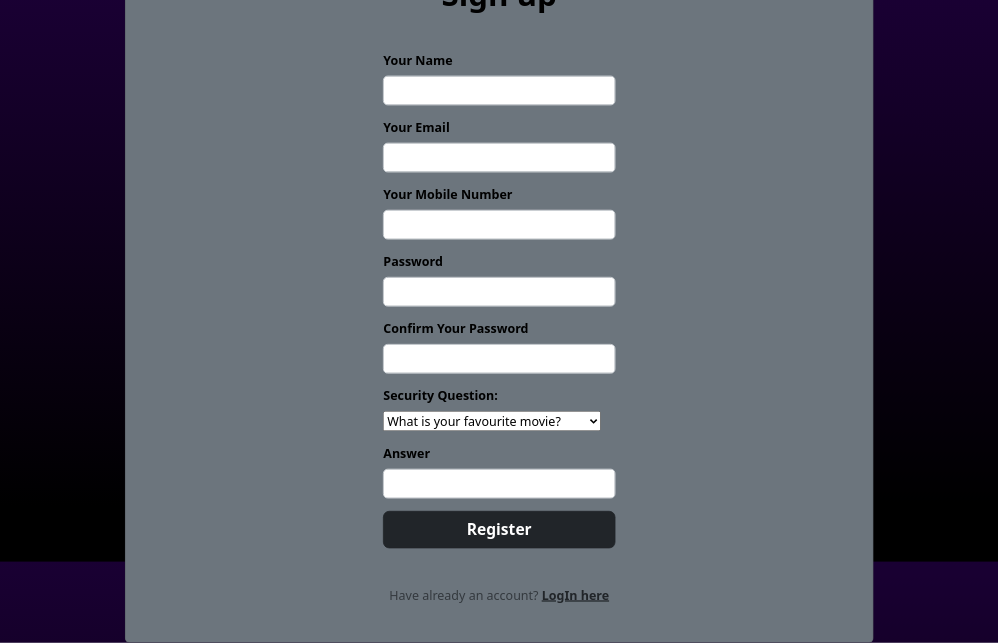
Repository: Ishanibmk/MOVIOT---An-OTT-Platform-using-Java-and-Springboot
Page: http://localhost/OTT/WEB-INF/view/signup.jsp
These files come from the project's save history. The page is drawn as it stood at one moment and after the next save; the edit follows.
The browser window is 1280 px wide. The pictures show the whole page, at 78% of full size.
Pictures or frames that could not be fetched are drawn as grey boxes. Some web libraries are served in a nearby version. The page is served by Tomcat 9. Nobody is signed in. Other server files are loaded and not shown. The template is opened directly, without the code that normally fills it, so the values that code supplies are empty.

Above is the page before, as saved 2024-03-02 14:32:15.

### Moviot/MOVIOT-main/ott/OTT/src/main/webapp/WEB-INF/view/signup.jsp
<%@ page language="java" contentType="text/html; charset=ISO-8859-1"
    pageEncoding="ISO-8859-1"%>
<!doctype html>
<html lang="en">
<head>
    <meta charset="utf-8">
    <meta name="viewport" content="width=device-width, initial-scale=1">
    <title>Registration Form For User</title>
    <link href="https://cdn.jsdelivr.net/npm/bootstrap@5.3.0-alpha1/dist/css/bootstrap.min.css" rel="stylesheet"
          integrity="sha384-GLhlTQ8iRABdZLl6O3oVMWSktQOp6b7In1Zl3/Jr59b6EGGoI1aFkw7cmDA6j6gD" crossorigin="anonymous">
    <style>
        body {
            background: linear-gradient(to bottom, hsl(270, 100%, 10%), black 90%); /* Gradient background */
            color: #ffffff; /* White text color */
            min-height: 100vh; /* Ensure the background covers the full viewport height */
            margin: 0; /* Remove default margin */
            padding: 0; /* Remove default padding */
        }
        .form-container {
            padding-top: 50px; /* Add padding to the top of the form */
            padding-bottom: 50px; /* Add padding to the bottom of the form */
        }
    </style>
</head>
<body>
<section class="vh-100 d-flex justify-content-center align-items-center">
    <div class="col-lg-12 col-xl-9" >
        <div class="card text-black bg-secondary">
            <div class="card-body p-md-5">
                <div class="row justify-content-center">
                    <div class="col-md-10 col-lg-6 col-xl-5 order-2 order-lg-1">
                        <p class="text-center h1 fw-bold mb-5 mx-1 mx-md-4 mt-4"><b>Sign up</b></p>
                        <form action="regprocess" method="post" class="mx-1 mx-md-4">
                            <div class="mb-3">
                                <label for="validationDefault01" class="form-label"><b>Your Name</b></label>
                                <input type="text" id="validationDefault01" name="uname" class="form-control" required/>
                            </div>
                            <div class="mb-3">
                                <label class="form-label" for="form3Example3c"><b>Your Email</b></label>
                                <input type="email" id="form3Example3c" name="uemail" class="form-control"/>
                            </div>
                            <div class="mb-3">
                                <label class="form-label" for="form3Example3c"><b>Your Mobile Number</b></label>
                                <input type="mobile" id="form3Example3c" name="uphno" class="form-control"/>
                            </div>
                            <div class="mb-3">
                                <label class="form-label" for="form3Example4c"><b>Password</b></label>
                                <input type="password" id="form3Example4c" name="upass" class="form-control"/>
                            </div>
                            <div class="mb-3">
                                <label class="form-label" for="form3Example4cd"><b>Confirm Your Password</b></label>
                                <input type="password" id="form3Example4cd" name="conpass" class="form-control"/>
                            </div>
                            <div class="mb-3">
                                <label class="form-label" for="form3Example4cd"><b>Security Question:</b></label>
                                <select name="SecurityQuestion" class="backup" required>
                                    <option value="What was the name of your childhood friend?">What is your favourite movie?</option>
                                    <option value="What was the name of your first car?">Which movie makes you cry?</option>
                                    <option value="What is your favourate food?">What movie makes you feel good?</option>
                                </select>
                            </div>
                            <div class="mb-3">
                                <label class="form-label" for="form3Example4cd"><b>Answer</b></label>
                                <input type="text" id="form3Example4cd" name="uans" class="form-control"/>
                            </div>
                            <div class="d-grid gap-2">
                                <button type="submit" class="btn btn-dark btn-lg"><b>Register</b></button>
                            </div>
                            <p class="text-center text-muted mt-5 mb-0">Have already an account? <a href='login.jsp'
                                                                                                    class="fw-bold text-body"><u>LogIn
                                    here</u></a></p>
                        </form>
                    </div>
                </div>
            </div>
        </div>
    </div>
</section>


<script src="https://cdn.jsdelivr.net/npm/bootstrap@5.3.0-alpha1/dist/js/bootstrap.bundle.min.js"
        integrity="sha384-w76AqPfDkMBDXo30jS1Sgez6pr3x5MlQ1ZAGC+nuZB+EYdgRZgiwxhTBTkF7CXvN"
        crossorigin="anonymous"></script>
</body>
</html>

### Moviot/MOVIOT-main/ott/OTT/src/main/webapp/WEB-INF/view/index_header.jsp
<!DOCTYPE html>
<html lang="en">
<head>
  <title>OTT PLATFORM</title>
  <meta charset="utf-8">
  <meta name="viewport" content="width=device-width, initial-scale=1">
  <link rel="stylesheet" href="https://maxcdn.bootstrapcdn.com/bootstrap/4.0.0-beta.2/css/bootstrap.min.css">
  <script src="https://ajax.googleapis.com/ajax/libs/jquery/3.2.1/jquery.min.js"></script>
  <script src="https://cdnjs.cloudflare.com/ajax/libs/popper.js/1.12.6/umd/popper.min.js"></script>
  <script src="https://maxcdn.bootstrapcdn.com/bootstrap/4.0.0-beta.2/js/bootstrap.min.js"></script>
  <!-- Add Font Awesome CDN -->
  <link rel="stylesheet" href="https://cdnjs.cloudflare.com/ajax/libs/font-awesome/5.15.4/css/all.min.css">
  <style>
    /* Custom CSS for navbar styling */
    .navbar {
      background-color: hsl(270, 100%, 10%); /* Dark background color */
      height: 50px; /* Adjust the height as needed */
    }
    .navbar-brand img {
      margin-right: 20px; /* Adjust as needed */
    }
    .navbar-nav .nav-item {
      border: 2px solid #6c757d; /* Gray border */
      border-radius: 5px;
      margin: 0 5px;
    }
    .navbar-nav .nav-link {
      padding: 5px 10px; /* Adjust padding */
      font-size: 14px; /* Adjust font size */
      color: #fff; /* White text color */
    }
    .navbar-nav .nav-item:hover .nav-link {
      background-color: black; /* Gray background color */
    }
    .navbar-nav .form-control {
      margin-right: 10px; /* Adjust as needed */
    }
    .navbar-nav .btn-outline-light {
      color: #fff; /* White text color */
    }
  </style>
</head>
<body style="height:1500px">
<nav class="navbar navbar-expand-sm navbar-dark fixed-top">
  <a class="navbar-brand" href="#"><img src="https://static.vecteezy.com/system/resources/previews/002/700/780/original/neon-cinema-film-in-purple-and-violet-color-illustration-of-cinema-film-with-play-icon-consisting-of-neon-outlines-with-backlight-on-the-dark-brick-wall-background-vector.jpg" width="100" height="50"> </a>
  <ul class="navbar-nav mr-auto">
    <li class="nav-item">
      <a class="nav-link" href="index" style="font-family: Nunito;"><i class="fas fa-home"></i> HOME</a>
    </li>
    <li class="nav-item">
      <a class="nav-link" href="about" style="font-family: Nunito;"><i class="fas fa-info-circle"></i> ABOUT</a>
    </li>
    <li class="nav-item">
      <a class="nav-link" href="catagory" style="font-family: Nunito;"><i class="fas fa-th"></i> CATEGORIES</a>
    </li>
    <li class="nav-item">
      <a class="nav-link" href="signup" style="font-family: Nunito;"><i class="fas fa-user-plus"></i> Sign Up</a>
    </li>
  </ul>
  <ul class="navbar-nav ml-auto">
    <form class="form-inline my-2 my-lg-0">
      <input class="form-control mr-sm-2" type="search" placeholder="Search for services!" aria-label="Search">
      <button class="btn btn-outline-light my-2 my-sm-0" type="submit" style="border: none;">
        <svg xmlns="http://www.w3.org/2000/svg" width="16" height="16" fill="currentColor" class="bi bi-search" viewBox="0 0 16 16">
          <path d="M11.742 10.344a6.5 6.5 0 1 0-1.397 1.398h-.001c.03.04.062.078.098.115l3.85 3.85a1 1 0 0 0 1.415-1.414l-3.85-3.85a1.007 1.007 0 0 0-.115-.1zM12 6.5a5.5 5.5 0 1 1-11 0 5.5 5.5 0 0 1 11 0z"/>
        </svg>
      </button>
    </form>
    <li class="nav-item">
      <a class="nav-link" href="#"><i class="fas fa-shopping-cart"></i> Cart</a>
    </li>
    <li class="nav-item">
      <a class="nav-link" href="#"><i class="fas fa-user"></i> Login</a>
    </li>
  </ul>
</nav>
</body>
</html>

After the next save:
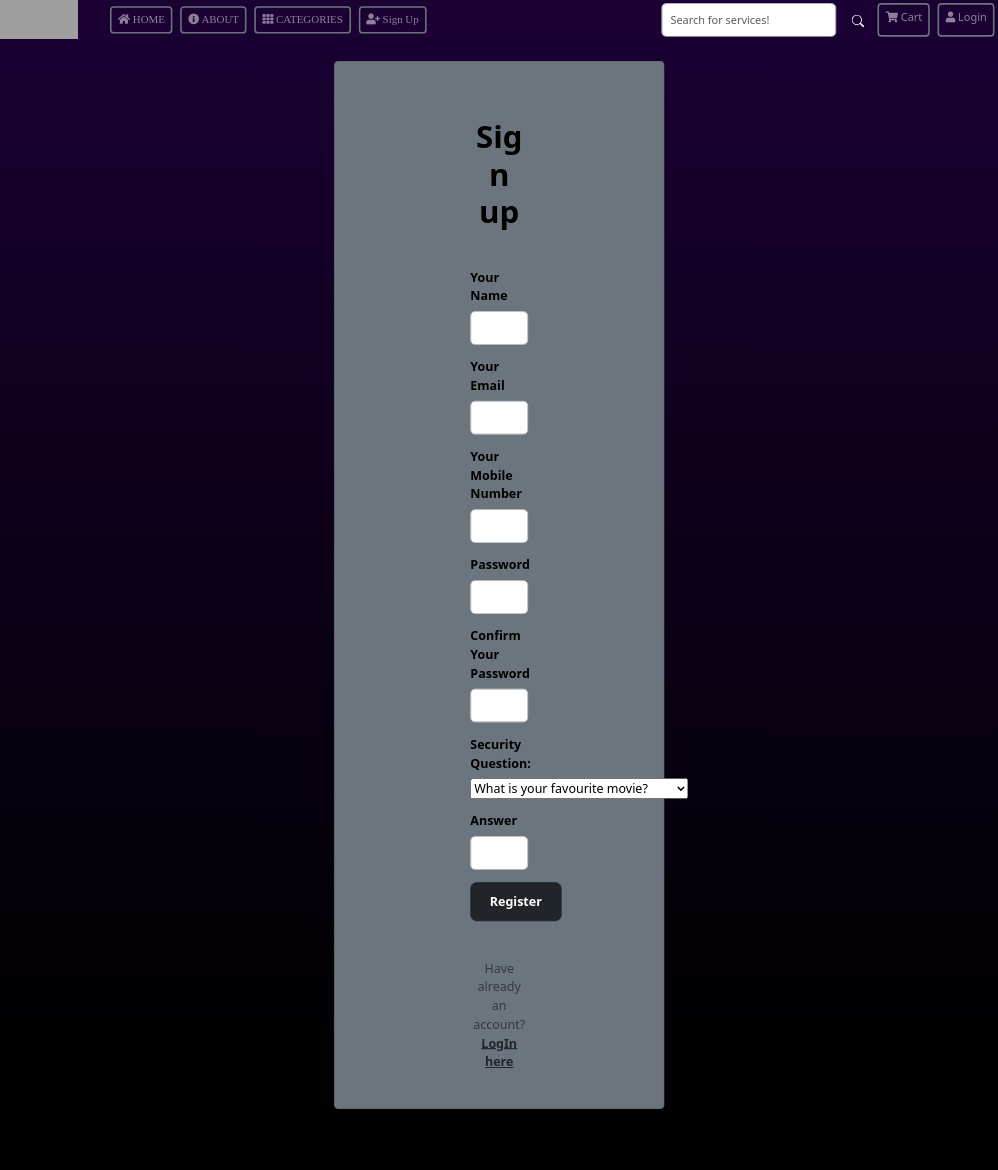
Saved 75 s later.
--- a/Moviot/MOVIOT-main/ott/OTT/src/main/webapp/WEB-INF/view/signup.jsp
+++ b/Moviot/MOVIOT-main/ott/OTT/src/main/webapp/WEB-INF/view/signup.jsp
@@ -1,5 +1,6 @@
 <%@ page language="java" contentType="text/html; charset=ISO-8859-1"
     pageEncoding="ISO-8859-1"%>
+<jsp:include page="index_header.jsp" />
 <!doctype html>
 <html lang="en">
 <head>
@@ -8,19 +9,35 @@
     <title>Registration Form For User</title>
     <link href="https://cdn.jsdelivr.net/npm/bootstrap@5.3.0-alpha1/dist/css/bootstrap.min.css" rel="stylesheet"
           integrity="sha384-GLhlTQ8iRABdZLl6O3oVMWSktQOp6b7In1Zl3/Jr59b6EGGoI1aFkw7cmDA6j6gD" crossorigin="anonymous">
-    <style>
-        body {
-            background: linear-gradient(to bottom, hsl(270, 100%, 10%), black 90%); /* Gradient background */
-            color: #ffffff; /* White text color */
-            min-height: 100vh; /* Ensure the background covers the full viewport height */
-            margin: 0; /* Remove default margin */
-            padding: 0; /* Remove default padding */
-        }
-        .form-container {
-            padding-top: 50px; /* Add padding to the top of the form */
-            padding-bottom: 50px; /* Add padding to the bottom of the form */
-        }
-    </style>
+<style>
+    body {
+        background: linear-gradient(to bottom, hsl(270, 100%, 10%), black 90%); /* Gradient background */
+        color: #ffffff; /* White text color */
+        min-height: 100vh; /* Ensure the background covers the full viewport height */
+        margin: 0; /* Remove default margin */
+        padding: 0; /* Remove default padding */
+        display: flex;
+        justify-content: center;
+        align-items: center;
+    }
+    .form-container {
+        padding: 20px;
+        width: 90%;
+        max-width: 400px; /* Limit the maximum width of the form */
+    }
+    .form-label {
+        font-size: 16px; /* Adjust font size of form labels */
+    }
+    .form-control {
+        font-size: 14px; /* Adjust font size of form input fields */
+        padding: 10px; /* Adjust padding of form input fields */
+    }
+    .btn-lg {
+        font-size: 16px; /* Adjust font size of buttons */
+        padding: 12px 24px; /* Adjust padding of buttons */
+    }
+</style>
+
 </head>
 <body>
 <section class="vh-100 d-flex justify-content-center align-items-center">
